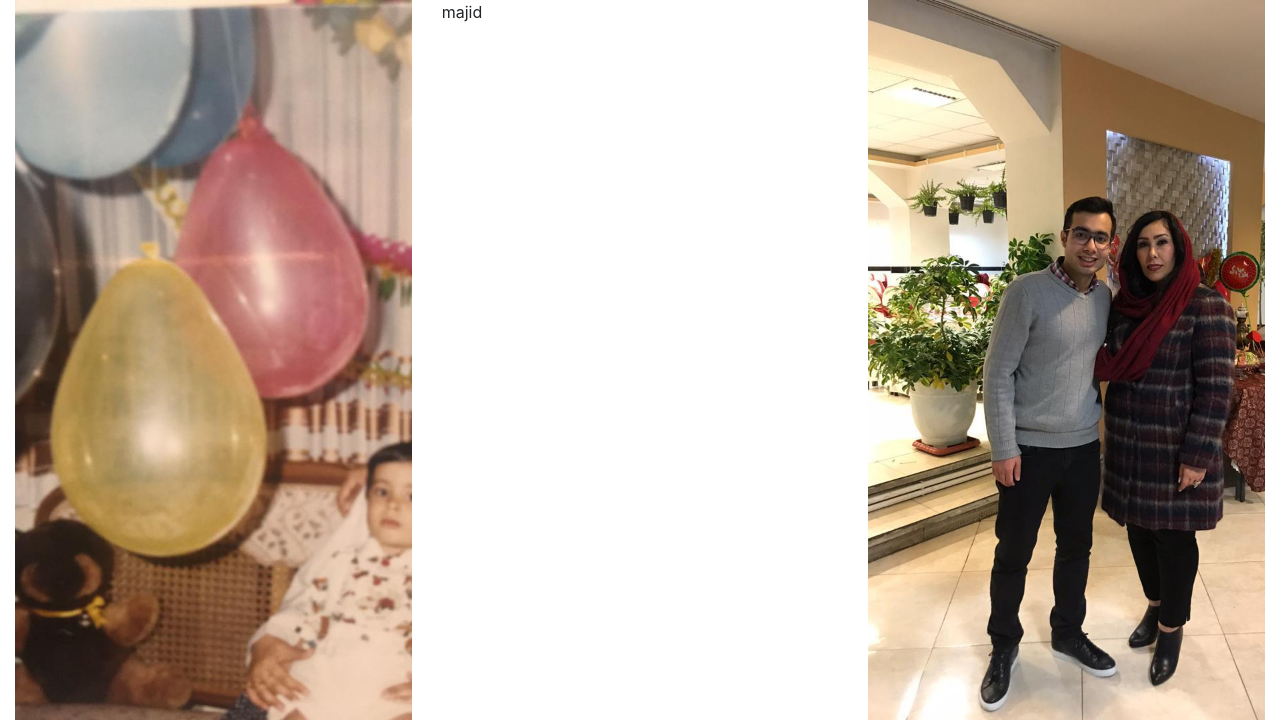
Repository: mirfarzam/mirfarzam.github.io
Page: khalelila/index.html
An editor plug-in stored every save of this project. The page is shown before and after the next save, followed by the edit.
The browser window is 1280 px wide. The pictures show the whole page.

Above is the page before, as saved 2020-04-30 21:12:58.

After the next save:
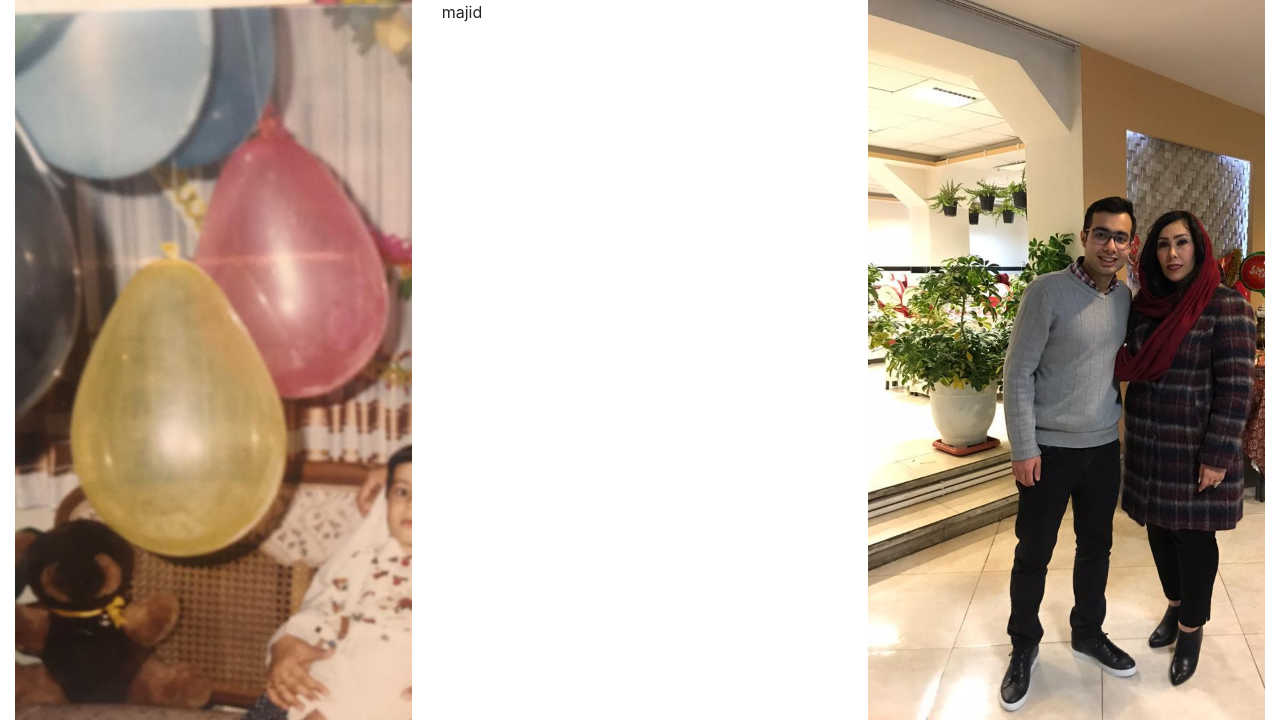
Saved 7 s later.
--- a/khalelila/index.html
+++ b/khalelila/index.html
@@ -28,7 +28,7 @@
     top:0;
     left:0;
     object-fit:cover;
-    object-position: -20px;
+    object-position: 0px;
 }
 
 </style>
